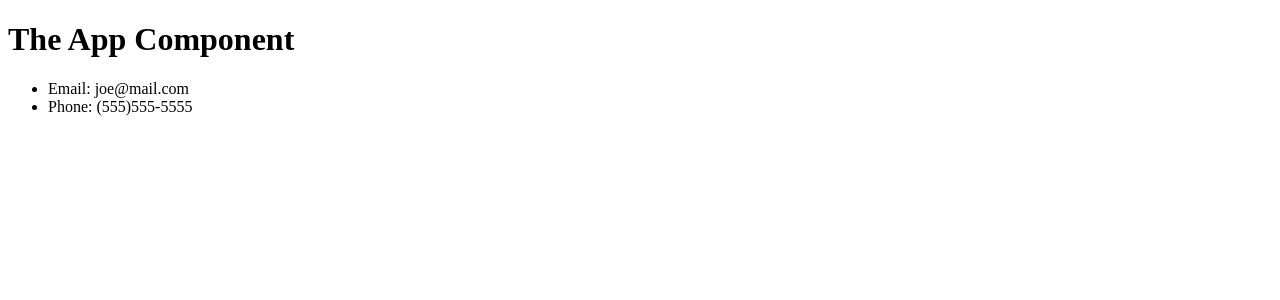
Repository: MikeTroianello/Contact-Manager
Page: /
An editor plug-in stored every save of this project. The page is shown before and after the next save, followed by the edit.
The browser window is 1280 px wide. The pictures show the whole page.
The project was rebuilt for these pictures with package versions that can differ from the ones it lists, and the page was loaded fresh each time. Also part of the build but not shown: src/App.css.

Above is the page before, as saved 2019-05-18 23:04:11.

### src/App.js
import React from "react";
import Contact from "./components/Contact";
import "./App.css";

function App() {
  return (
    <div className="App">
      <h1>The App Component</h1>
      <Contact />
    </div>
  );
}

export default App;

### src/components/Contact.js
import React, { Component } from "react";

class Contact extends Component {
  render() {
    return (
      <div>
        <ul>
          <li>Email: joe@mail.com</li>
          <li>Phone: (555)555-5555</li>
        </ul>
      </div>
    );
  }
}

export default Contact;

Loaded but not shown: src/index.js (common file); src/serviceWorker.js (common file)

After the next save:
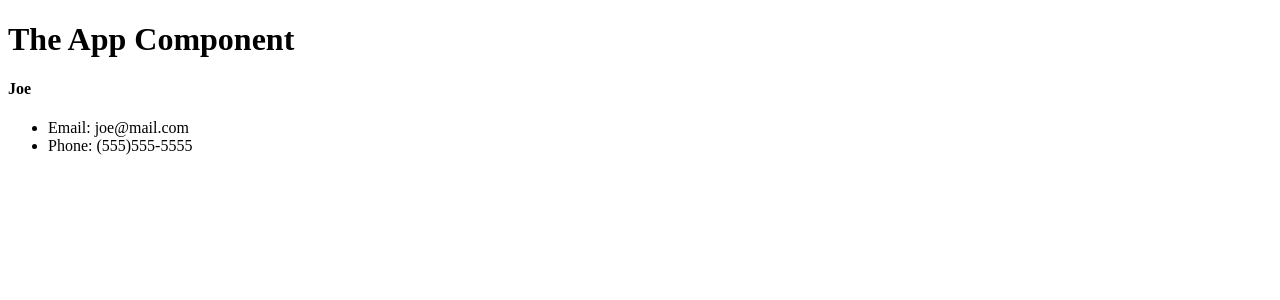
Saved 63 s later.
--- a/src/components/Contact.js
+++ b/src/components/Contact.js
@@ -4,6 +4,7 @@ class Contact extends Component {
   render() {
     return (
       <div>
+        <h4>Joe</h4>
         <ul>
           <li>Email: joe@mail.com</li>
           <li>Phone: (555)555-5555</li>
